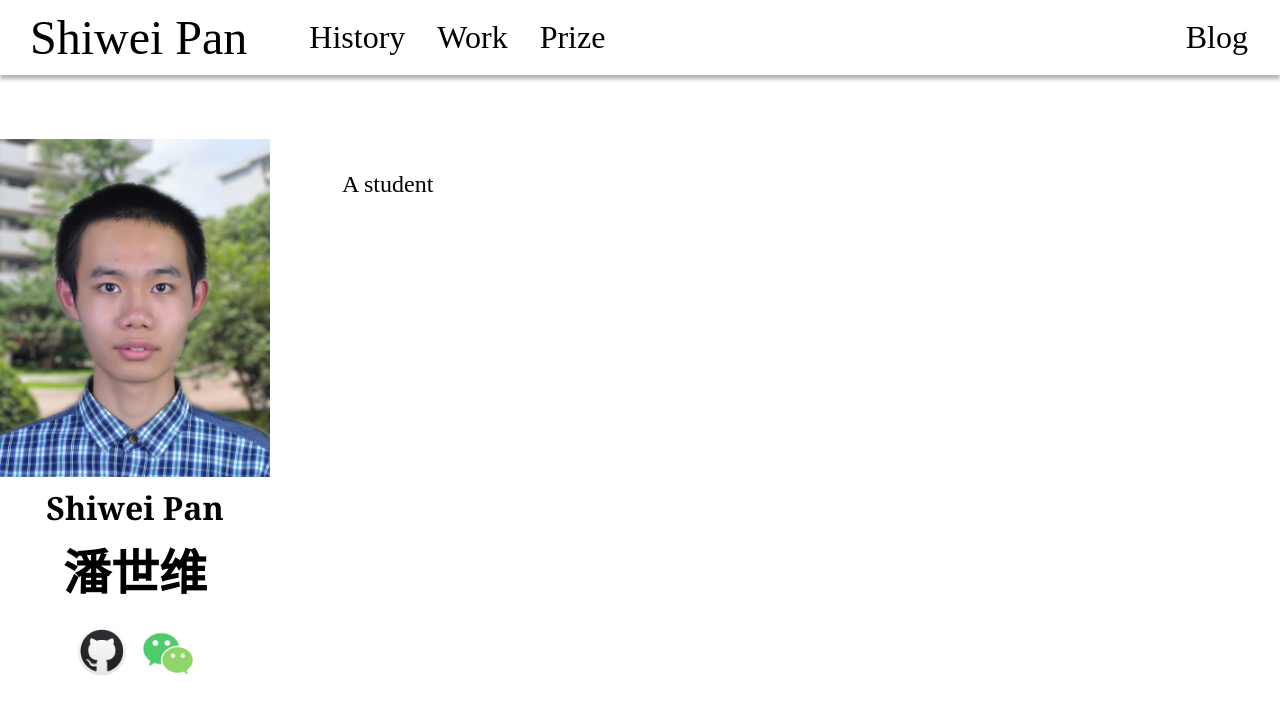
Repository: erikpsw/web
Page: new/psw.html
These files come from the project's save history. The page is drawn as it stood at one moment and after the next save; the edit follows.
The browser window is 1280 px wide. The pictures show the whole page.

Above is the page before, as saved 2022-06-17 08:36:47.

### new/psw.html
<!DOCTYPE html>
<html>
<head>
<meta charset="utf-8">
<title>Shiwei Pan</title>
<link rel="stylesheet" type="text/css" href="styles.css">
</head>
<body class="body">
<nav id="start_box">
    <a class="nav" id="title" href="">Shiwei Pan</a>
    <a class="nav" href="" >History</a>
    <a class="nav" href="">Work</a>
    <a class="nav" href="">Prize</a>
    <a class="nav" id="myblog" target="_blank" href="https://erikpsw.github.io/">Blog</a>
</nav>
<section >
    <div class="container">
        <div id="profile">
            <img src="\pic\mine.png" id="mine">
            <h2 id="name1">Shiwei Pan</h2>
            <h2 id="name2">潘世维</h2>
        <ul class="network_icon">
            <li>
                <a target="_blank" href="https://github.com/erikpsw"><img src="\pic\github.png" id="github"></a>
            </li>
            <li>
            <img src="\pic\wechat.png" id="wechat">
            </li>
        <ul>
        </div>
        <div id="intro">
            <p>A student

            </p>
        </div>
    </div>
</section>
</body>
</html>

### new/styles.css
#start_box
{
    background-color: whit;
    display:flex;
    box-shadow: 0 0.25rem 0.25rem 0 rgb(0 0 0 / 31%);
}

#title{
    text-decoration: none;
    font-family:"Times New Roman",Georgia,Serif;
    font-style:inherit;
    padding:10px 30px 10px;
    color:black;
    font-size: 3em;
}

.nav{
    text-decoration: none;
    font-family:"Times New Roman",Georgia,Serif;
    padding-left:1em;
    color:black;
    display: inline-flex;
    align-items: center;
    font-size: 2em;
}

.body{
    margin: 0%;
}

#myblog{
    margin-left: auto;
    padding-right: 1em;
}

#mine{
    width: 270px;
    height: 337.5px;
    margin-top: 4em;
}

#profile{
    box-sizing: border-box;
    float: left;
    text-align: center;
    max-width: 33.33333333%;
}

#name1{
    font-family: Georgia,Serif;
    font-size: 2em;
    margin: 2%;
}

#name2{
    font-family: STZhongsong;
    font-size: 3em;
    margin: 2%;
}

.network_icon{
    list-style: none;
    display: inline-flex;
    flex-direction: row;
}

#github{
    height: 50px;
}
#wechat{
    height: 50px;
    padding-top: 3px;
    margin-left: 1em;
}

#intro{
    box-sizing: border-box;
    float: left;
    max-width: 66.66666667%;
    margin-top: 3em;
    margin-left: 3em;
    font-size: 1.5em;
}

.container{
    box-sizing: border-box;
}

After the next save:
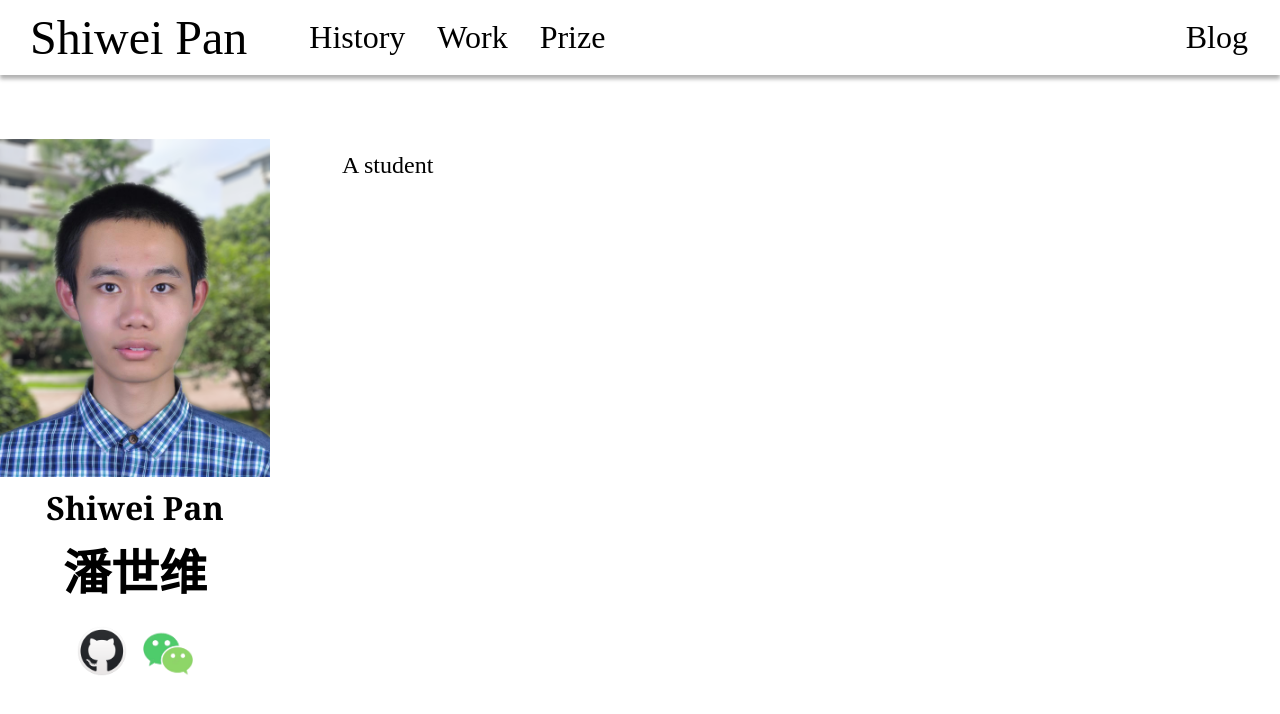
Saved 78 s later.
--- a/new/psw.html
+++ b/new/psw.html
@@ -29,7 +29,7 @@
         <ul>
         </div>
         <div id="intro">
-            <p>A student
+            <p style="margin-top:0.2em;margin-bottom: 0.2em">A student
 
             </p>
         </div>
--- a/new/styles.css
+++ b/new/styles.css
@@ -80,6 +80,7 @@
     margin-top: 3em;
     margin-left: 3em;
     font-size: 1.5em;
+   ;
 }
 
 .container{
